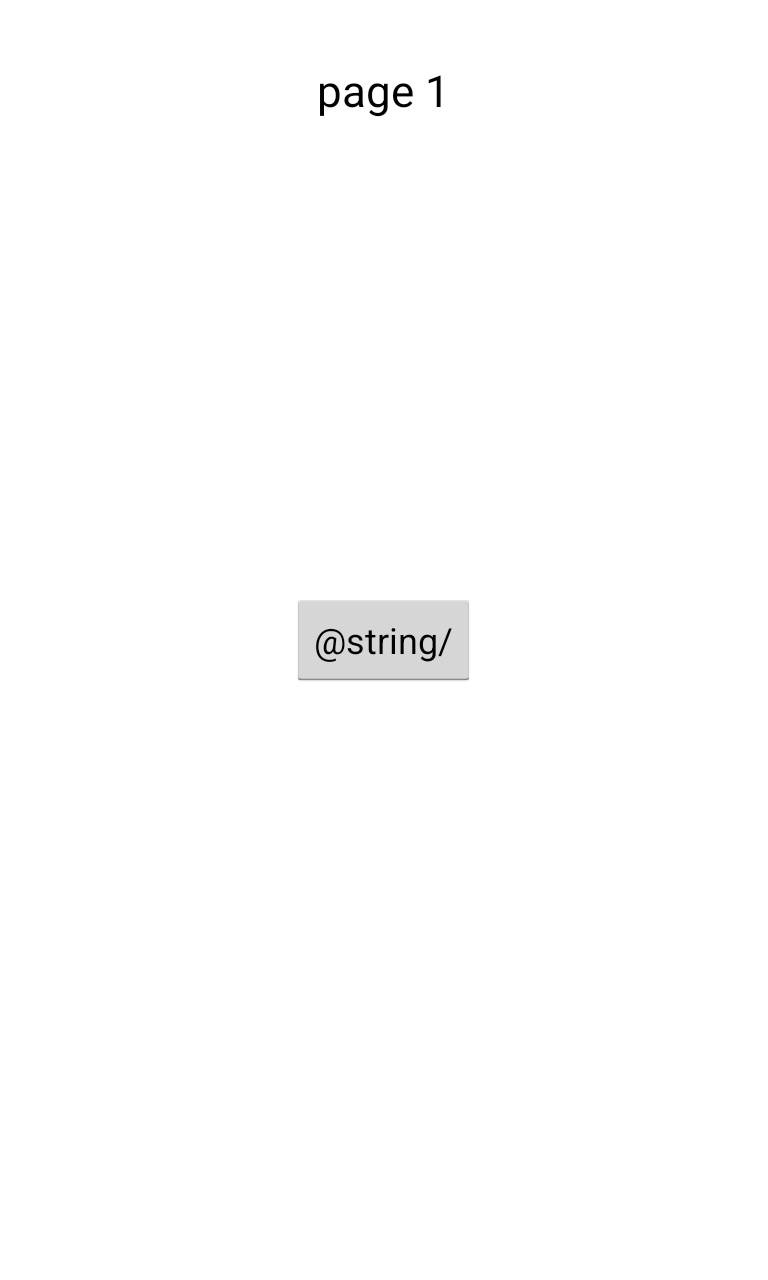
Repository: cho15255/Android-Test
Layout: ApplicationActivity/res/layout/page_1.xml
These files come from the project's save history. The layout is drawn as it stood at one moment and after the next save; the edit follows.
It is drawn on a 768 x 1280 px phone screen (xhdpi) without system bars, with theme AppTheme; the app's code is not run.

Above is the layout before, as saved 2013-05-13 19:07:36.

After the next save:
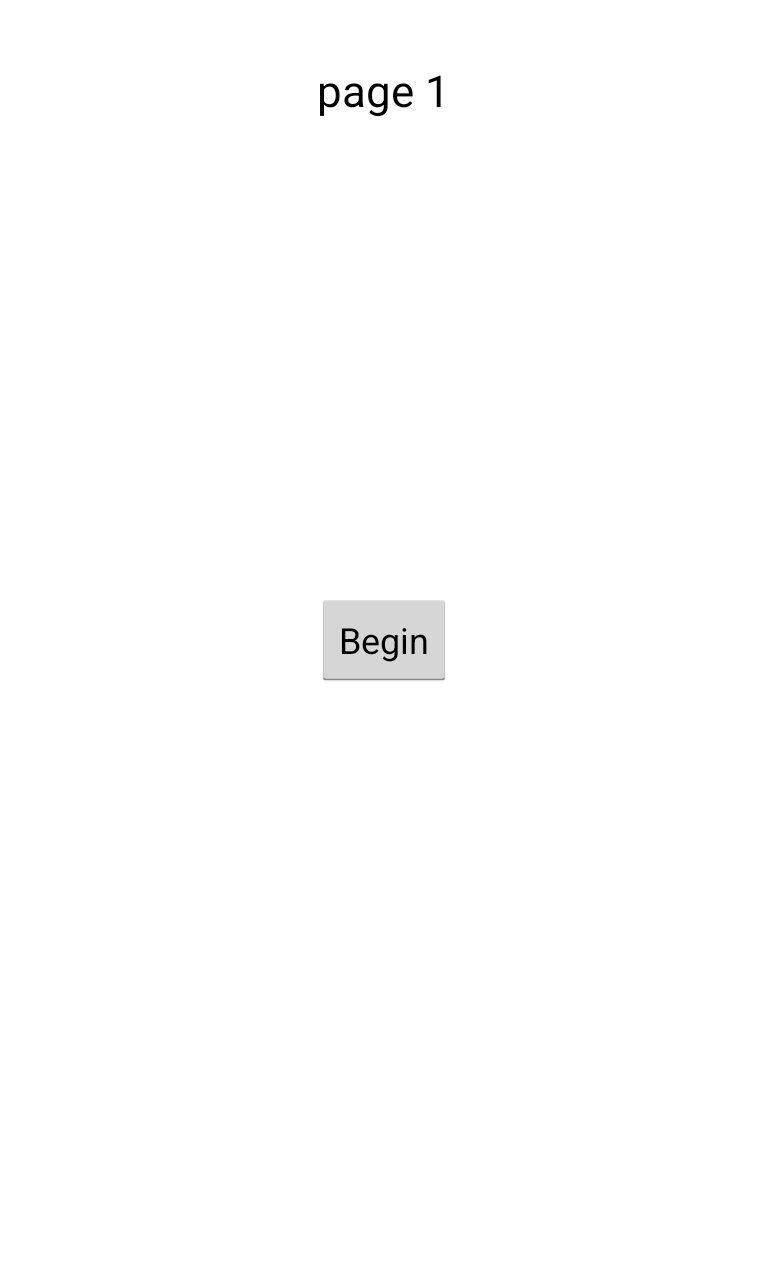
Saved 7 s later.
--- a/ApplicationActivity/res/layout/page_1.xml
+++ b/ApplicationActivity/res/layout/page_1.xml
@@ -9,7 +9,7 @@
         android:layout_height="wrap_content"
         android:layout_centerHorizontal="true"
         android:layout_centerVertical="true"
-        android:text="@string/" />
+        android:text="@string/button_begin" />
 
     <TextView
         android:id="@+id/textView1"
